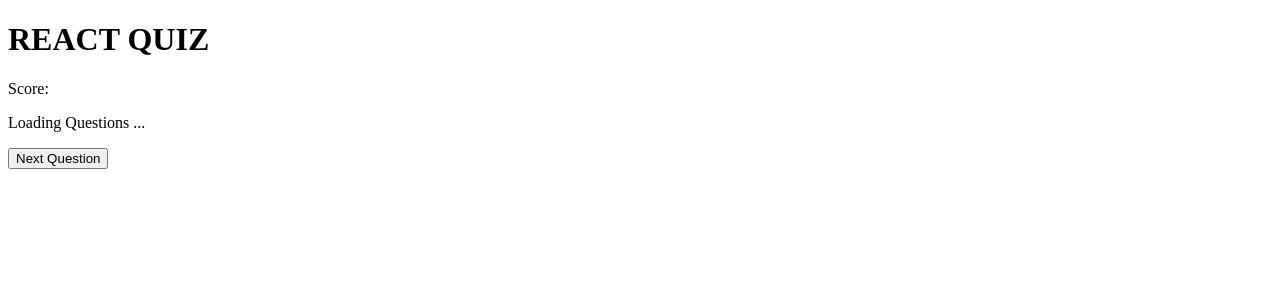
Repository: akinsikuoluwafemi/questions-typescript
Page: /, after clicking the first element matching `button.start`
An editor plug-in stored every save of this project. The page is shown before and after a run of saves, followed by the edit.
The browser window is 1280 px wide. The pictures show the whole page.
The page's requests for data from a server got no answer. The project was rebuilt for these pictures with package versions that can differ from the ones it lists, and the page was loaded fresh each time. No one was signed in, and anything a server would have sent is missing. Also part of the build but not shown: src/components/QuestionCard.tsx.

Above is the page before, as saved 2021-03-11 14:55:56.

### public/index.html
<!DOCTYPE html>
<html lang="en">
  <head>
    <meta charset="utf-8" />
    <link rel="icon" href="%PUBLIC_URL%/favicon.ico" />
    <meta name="viewport" content="width=device-width, initial-scale=1" />
    <meta name="theme-color" content="#000000" />
    <meta
      name="description"
      content="Web site created using create-react-app"
    />
    <link rel="preconnect" href="https://fonts.gstatic.com" />
    <link
    href="https://fonts.googleapis.com/css2?family=Catamaran:wght@700&family=Lato&display=swap"
    rel="stylesheet"
  />

    <link rel="apple-touch-icon" href="%PUBLIC_URL%/logo192.png" />
    <!--
      manifest.json provides metadata used when your web app is installed on a
      user's mobile device or desktop. See https://developers.google.com/web/fundamentals/web-app-manifest/
    -->
    <link rel="manifest" href="%PUBLIC_URL%/manifest.json" />
    <!--
      Notice the use of %PUBLIC_URL% in the tags above.
      It will be replaced with the URL of the `public` folder during the build.
      Only files inside the `public` folder can be referenced from the HTML.

      Unlike "/favicon.ico" or "favicon.ico", "%PUBLIC_URL%/favicon.ico" will
      work correctly both with client-side routing and a non-root public URL.
      Learn how to configure a non-root public URL by running `npm run build`.
    -->
    <title>React App</title>
  </head>
  <body>
    <noscript>You need to enable JavaScript to run this app.</noscript>
    <div id="root"></div>
    <!--
      This HTML file is a template.
      If you open it directly in the browser, you will see an empty page.

      You can add webfonts, meta tags, or analytics to this file.
      The build step will place the bundled scripts into the <body> tag.

      To begin the development, run `npm start` or `yarn start`.
      To create a production bundle, use `npm run build` or `yarn build`.
    -->
  </body>
</html>

### src/App.tsx
import React, {useState, useEffect} from 'react';
import QuestionCard from './components/QuestionCard';
import { fetchQuizQuestions } from './API';


// Types
import { QuestionState, Difficulty } from './API';

const TOTAL_QUESTIONS = 10;

type AnswerObject = {
    question: string;
    answer: string;
    correct: boolean;
    correctAnswer: string;

}

const App =  () =>  {



    const [loading, setLoading] = useState(false);
    const [questions, setQuestions] = useState<QuestionState[]>([]);
    const [number, setNumber] = useState(0);
    const [userAnswers, setUserAnswers] = useState<AnswerObject[]>([]);
    const [score, setScore] = useState(0);
    const [gameOver, setGameOver] = useState(true)


    console.log(questions)

    const startTrivia = async () => {
        setLoading(true);
        setGameOver(false);

        const newQuestions = await fetchQuizQuestions(TOTAL_QUESTIONS, Difficulty.EASY)

        setQuestions(newQuestions);
        setScore(0)
        setUserAnswers([]);
        setNumber(0);
        setLoading(false)

    }

    const checkAnswer = (e: React.MouseEvent<HTMLButtonElement>) => {


    }

    const nextQuestion = () => {

    }

    return (
        <div className="App">
            <h1>REACT QUIZ</h1>
            {gameOver || userAnswers.length === TOTAL_QUESTIONS ? (
                <button className="start" onClick={startTrivia}>
                    Start
                </button>
            ) : null}

            <p className="score">Score:</p>
            {loading && <p>Loading Questions ...</p> }

            {!loading && !gameOver && (
                <QuestionCard
                questionNr={number + 1}
                totalQuestions={TOTAL_QUESTIONS}
                question={questions[number].question}
                answers={questions[number].answers}
                userAnswer={userAnswers ? userAnswers[number] : undefined}
                callback={checkAnswer}
            />
            )}


            <button className="next" onClick={nextQuestion}>
                Next Question
            </button>
        </div>
    )
}


export default App;

### src/API.ts
import {shuffleArray } from './utils';

export type Question = {
    category: string;
    correct_answer: string;
    difficulty: string;
    incorrect_answers: string[];
    question: string;
    type: string;
}

export type QuestionState = Question & { answers: string[]}

export enum Difficulty {
    EASY = "easy",
    MEDIUM = "medium",
    HARD = "hard"
}

export const fetchQuizQuestions = async (amount: number, difficulty: Difficulty) => {
    const endpoint = `https://opentdb.com/api.php?amount=${amount}&difficulty=${difficulty}&type=multiple`;

    const data = await (await fetch(endpoint)).json();
    return data.results.map((question: Question) => (
        {
            ...question,
            answers: shuffleArray([...question.incorrect_answers, question.correct_answer])
        }
    ))
}

### src/utils.ts
export const shuffleArray = (array: any[]) => [...array].sort(() => Math.random() - 0.5);

Loaded but not shown: src/index.tsx (common file)

After the next 12 saves:
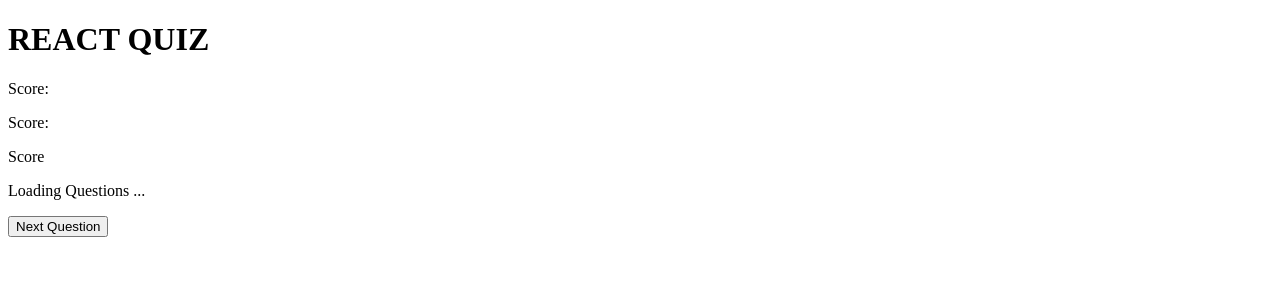
The 12 saves are shown as one change because 3 did not build or start and some came seconds apart.
The last was saved 2 min 19 s later.
--- a/src/App.tsx
+++ b/src/App.tsx
@@ -61,8 +61,9 @@ const App =  () =>  {
                     Start
                 </button>
             ) : null}
-
             <p className="score">Score:</p>
+            <p className="score">Score:</p>
+            {!gameOver ? <p>Score</p> : null }
             {loading && <p>Loading Questions ...</p> }
 
             {!loading && !gameOver && (
